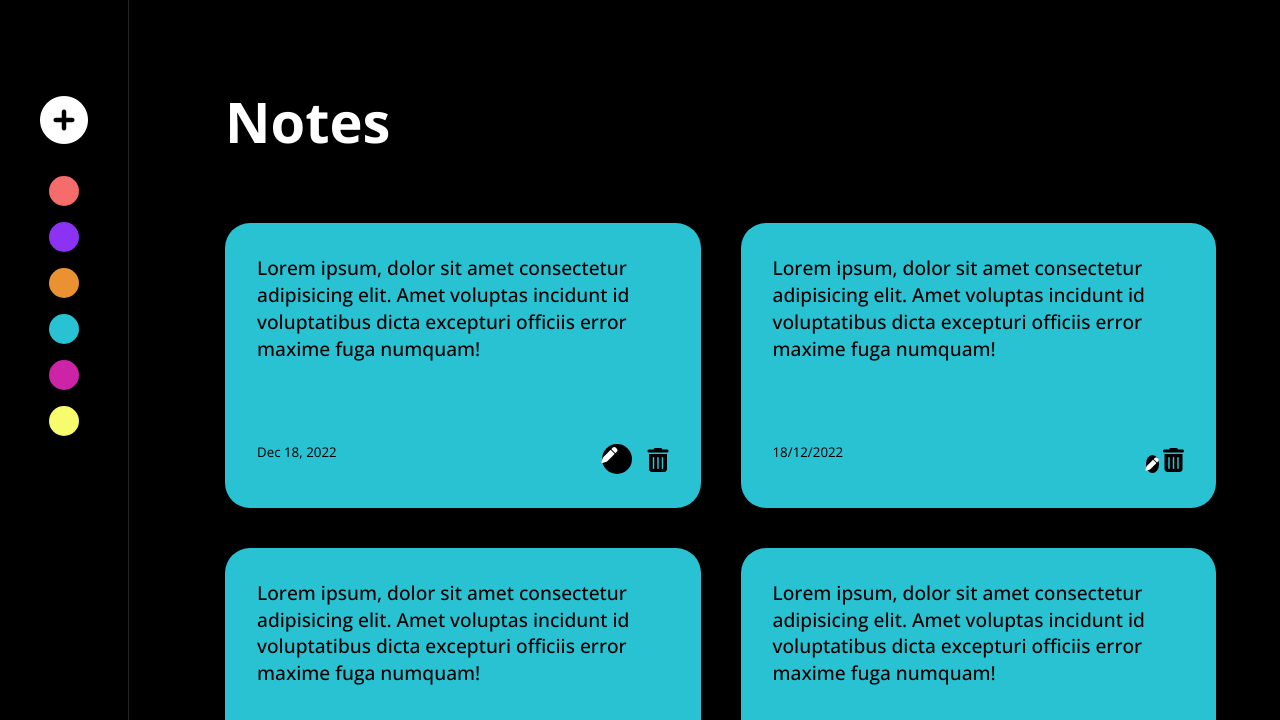
Repository: emiliaiwu/notes_app
Page: index.html
These files come from the project's save history. The page is drawn as it stood at one moment and after the next save; the edit follows.
The browser window is 1280 px wide. The pictures show the whole page.
An inner scrolling area shows only its first screen. Some web libraries are served in a nearby version.

Above is the page before, as saved 2022-12-19 23:47:57.

### index.html
<!DOCTYPE html>
<html lang="en">
<head>
    <meta charset="UTF-8">
    <meta http-equiv="X-UA-Compatible" content="IE=edge">
    <meta name="viewport" content="width=device-width, initial-scale=1.0">
    <script src="https://kit.fontawesome.com/fd9c36575f.js" crossorigin="anonymous"></script>
    <link rel="stylesheet" href="style.css">
    <title>Notes App</title>
</head>
<body>
    <div class="container">
        <div class="add">
            <div class="add_card"><i class="fa-solid fa-circle-plus"></i></div>
            <ul class="card_colors">
                <li class="card_color c1"></li>
                <li class="card_color c2"></li>
                <li class="card_color c3"></li>
                <li class="card_color c4"></li>
                <li class="card_color c5"></li>
                <li class="card_color c6"></li>
            </ul>
        </div>
        <div class="cards_container">
            <h1>Notes</h1>
            <div class="cards">

                <div class="card">
                    <p class="text">
                        Lorem ipsum, dolor sit amet consectetur adipisicing elit. Amet voluptas incidunt id voluptatibus dicta excepturi officiis error maxime fuga numquam!
                    </p>
                    <div class="footer close">
                        <small class="date">Dec 18, 2022</small>
                        <div class="edit_delete">
                           <div class="edit"><i class="fa-solid fa-pen"></i></div>
                           <div class="delete"><i class="fa-solid fa-trash-can"></i></div>
                        </div>
                    </div>
                    <div class="footer open">
                        <ul class="edit_settings">
                            <li class="bold"><i class="fa-solid fa-bold"></i></li>
                            <li class="italic"><i class="fa-solid fa-italic"></i></li>
                            <li class="underline"><i class="fa-solid fa-underline"></i></li>
                            <li class="strikethrough"><i class="fa-solid fa-strikethrough"></i></li>
                            <li class="toggleBtn"><i class="fa-solid fa-list-ul"></i></li>
                            <li class="add_image"><i class="fa-solid fa-image"></i></li>
                        </ul>
                    </div>
                </div>

                <div class="card">
                    <span class="text">
                        Lorem ipsum, dolor sit amet consectetur adipisicing elit. Amet voluptas incidunt id voluptatibus dicta excepturi officiis error maxime fuga numquam!
                    </span>
                    <span class="footer close">
                        <small class="date">18/12/2022</small>
                        <span>
                           <small class="edit"><i class="fa-solid fa-pen"></i></small>
                           <small class="delete"><i class="fa-solid fa-trash-can"></i></small>
                        </span>
                    </span>
                    <span class="footer open">
                        <ul class="edit_settings">
                            <li class="bold"><i class="fa-solid fa-bold"></i></li>
                            <li class="italic"><i class="fa-solid fa-italic"></i></li>
                            <li class="underline"><i class="fa-solid fa-underline"></i></li>
                            <li class="strikethrough"><i class="fa-solid fa-strikethrough"></i></li>
                            <li class="toggleBtn"><i class="fa-solid fa-list-ul"></i></li>
                            <li class="add_image"><i class="fa-solid fa-image"></i></li>
                        </ul>
                    </span>
                </div>

                <div class="card">
                    <span class="text">
                        Lorem ipsum, dolor sit amet consectetur adipisicing elit. Amet voluptas incidunt id voluptatibus dicta excepturi officiis error maxime fuga numquam!
                    </span>
                    <span class="footer close">
                        <small class="date">18/12/2022</small>
                        <span>
                           <small class="edit"><i class="fa-solid fa-pen"></i></small>
                           <small class="delete"><i class="fa-solid fa-trash-can"></i></small>
                        </span>
                    </span>
                    <span class="footer open">
                        <ul class="edit_settings">
                            <li class="bold"><i class="fa-solid fa-bold"></i></li>
                            <li class="italic"><i class="fa-solid fa-italic"></i></li>
                            <li class="underline"><i class="fa-solid fa-underline"></i></li>
                            <li class="strikethrough"><i class="fa-solid fa-strikethrough"></i></li>
                            <li class="toggleBtn"><i class="fa-solid fa-list-ul"></i></li>
                            <li class="add_image"><i class="fa-solid fa-image"></i></li>
                        </ul>
                    </span>
                </div>

                <div class="card">
                    <span class="text">
                        Lorem ipsum, dolor sit amet consectetur adipisicing elit. Amet voluptas incidunt id voluptatibus dicta excepturi officiis error maxime fuga numquam!
                    </span>
                    <span class="footer close">
                        <small class="date">18/12/2022</small>
                        <span>
                           <small class="edit"><i class="fa-solid fa-pen"></i></small>
                           <small class="delete"><i class="fa-solid fa-trash-can"></i></small>
                        </span>
                    </span>
                    <span class="footer open">
                        <ul class="edit_settings">
                            <li class="bold"><i class="fa-solid fa-bold"></i></li>
                            <li class="italic"><i class="fa-solid fa-italic"></i></li>
                            <li class="underline"><i class="fa-solid fa-underline"></i></li>
                            <li class="strikethrough"><i class="fa-solid fa-strikethrough"></i></li>
                            <li class="toggleBtn"><i class="fa-solid fa-list-ul"></i></li>
                            <li class="add_image"><i class="fa-solid fa-image"></i></li>
                        </ul>
                    </span>
                </div>


            </div>
        </div>




    </div>

</body>
</html>

### style.css
@import url('https://fonts.googleapis.com/css2?family=Open+Sans:wght@300;400;500;700&display=swap');


* {
    margin: 0;
    padding: 0;
    box-sizing: border-box;
    list-style-type: none;

}

body {
    font-family: 'Open Sans', sans-serif;
    width: 100vw;
    height: 100vh;
    background-color: #000;
    color: #fff;

}

h1 {
    font-size: 3.5rem;
    margin-bottom: 4rem;
    color: #fff;
}

.container {
    display: flex;
    width: 100%;
    height: 100%;
    gap: 2rem;
}

.add {
    border-right: 1px solid rgba(255, 255, 255, 0.15);
    min-height: 100vh;
    display: flex;
    flex-direction: column;
    align-items: center;
    padding: 6rem 2.5rem;

}

.card_color {
    width: 30px;
    height: 30px;
    border-radius: 50%;
    margin-bottom: 1rem;

}

.fa-circle-plus {
    font-size: 3rem;
    margin-bottom: 2rem;
}

.c1 {
    background-color: #F66B6B;
}

.c2 {
    background-color: #8C33F3;
}

.c3 {
    background-color: #EA9231;
}

.c4 {
    background-color: #29C2D3;
}

.c5 {
    background-color: #CC23A7;
}

.c6 {
    background-color: #F7FC6C;
}






/* CARDS CONTAINER */

.cards_container {
    padding: 5.2rem 4rem;
    height: 100%;
    overflow-y: scroll;
    width: 100%;
    color: #000;
}

.cards {
    display: grid;
    grid-template-columns: repeat(auto-fit, minmax(19rem, 1fr));
    gap: 2.5rem;
}

.card {
    display: flex;
    flex-direction: column;
    justify-content: space-between;
    background-color: #29C2D3;
    padding: 2rem 2rem 1rem 2rem;
    border-radius: 25px;
}

.close,
.edit_settings {
    display: flex;
    justify-content: space-between;

}

.text {
    margin-bottom: 5rem;
    font-size: 1.2rem;
    font-weight: 500;
    line-height: 1.4;
}




.edit_delete {
    display: flex;
    justify-content: space-between;
    align-items: center;
    gap: 1rem;
}

.edit {
    background-color: #000;
    width: 30px;
    height: 30px;
    border-radius: 50%;
    color: #fff;
}

.delete {
    font-size: 1.5rem;
}

/* .fa-trash-can {
    margin-left: 1rem;
} */






.edit_settings {
    border-top: 1px solid rgba(0, 0, 0, 0.178);;
    width: 100%;
    padding: 1rem;
}

ul li i {
    font-size: 1.2rem;
}












/* OPEN AND CLOSE FUNCTIONALITY */

.open {
    display: none;

}

.close {
    padding-bottom: 1rem;
}

After the next save:
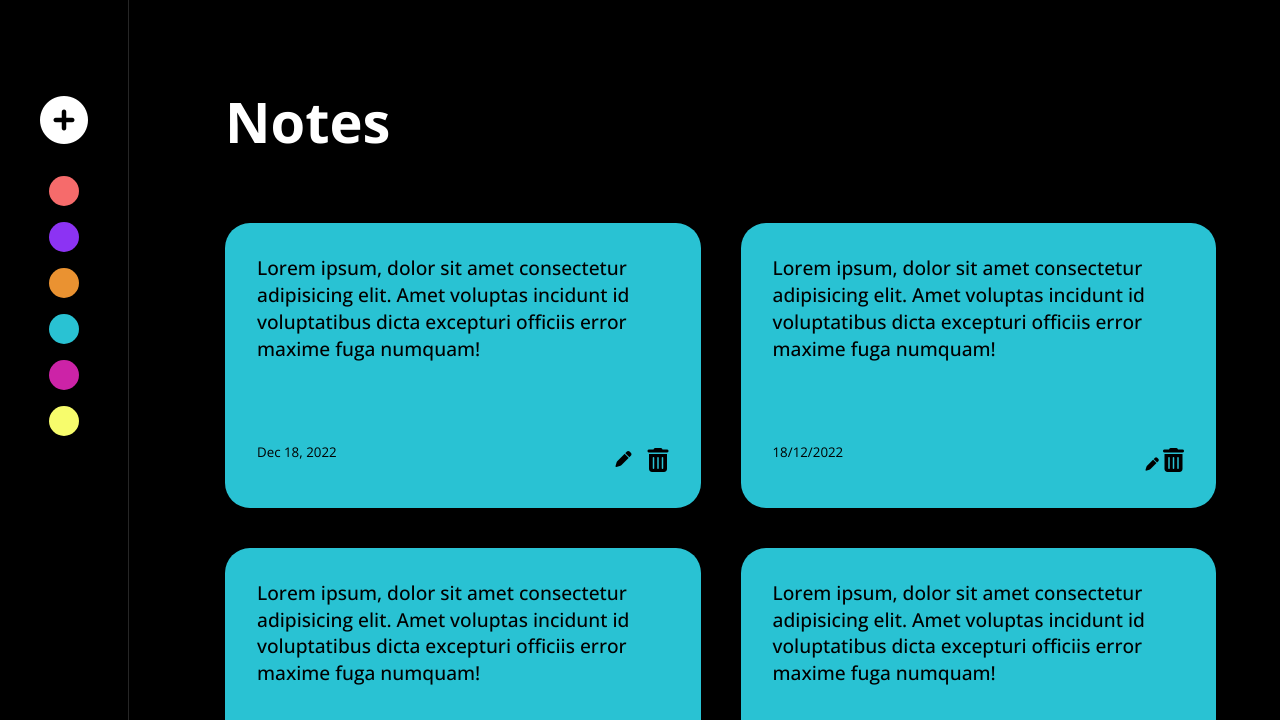
Saved 19 s later.
--- a/style.css
+++ b/style.css
@@ -132,6 +132,8 @@
     gap: 1rem;
 }
 
+.ed
+
 .edit {
     background-color: #000;
     width: 30px;

After the save that followed:
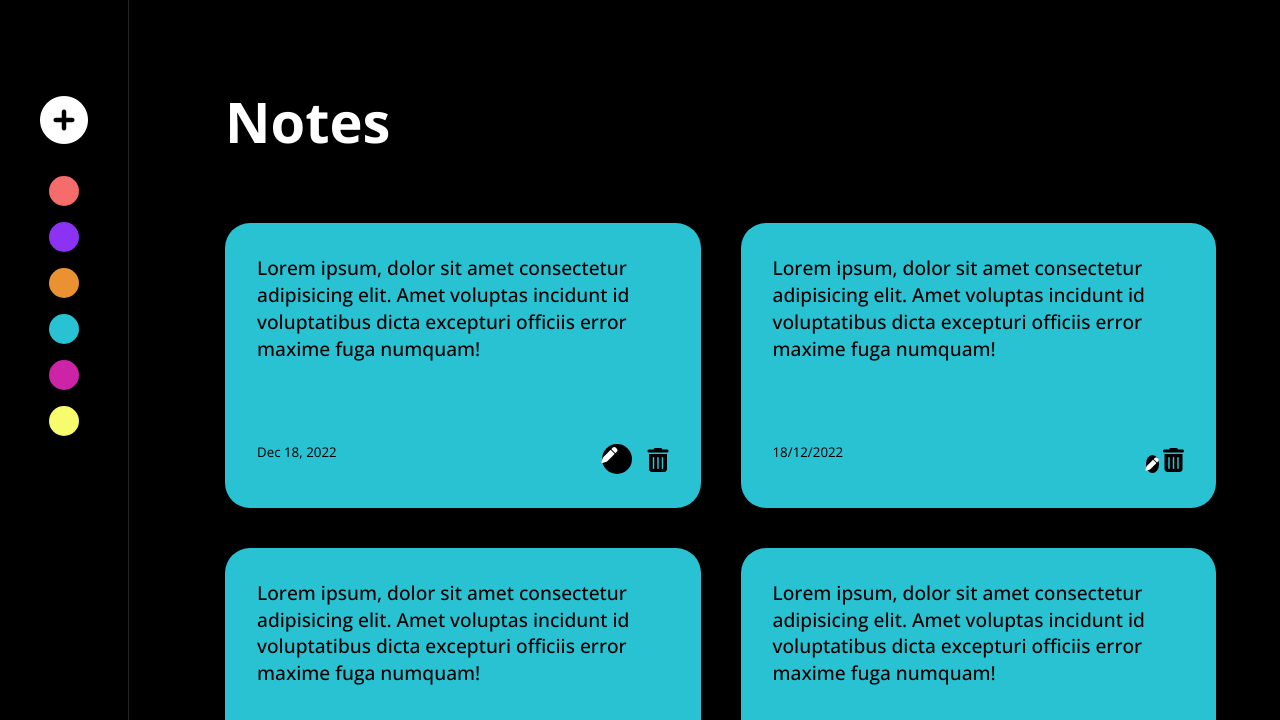
Saved 4 s later.
--- a/style.css
+++ b/style.css
@@ -132,7 +132,9 @@
     gap: 1rem;
 }
 
-.ed
+.edit_delete {
+
+}
 
 .edit {
     background-color: #000;
